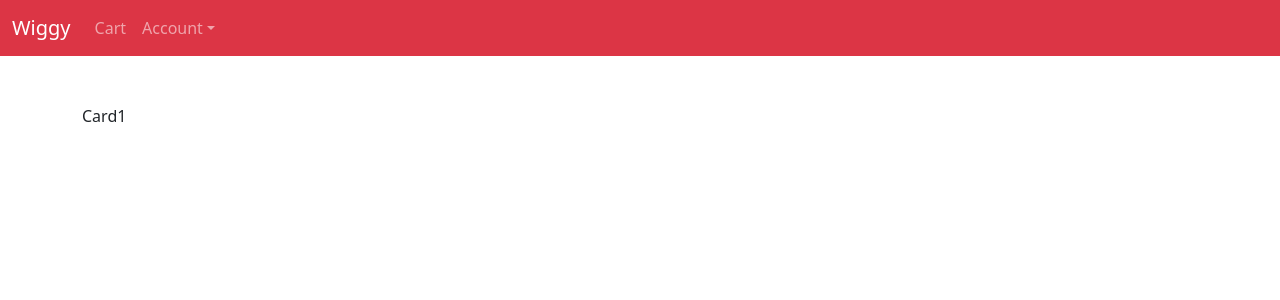
Repository: MohammadGulshan/wiggy
Page: / (app in client/)
These files come from the project's save history. The page is drawn as it stood at one moment and after the next save; the edit follows.
The browser window is 1280 px wide. The pictures show the whole page.
The project was rebuilt for these pictures with package versions that can differ from the ones it lists, and the page was loaded fresh each time. Also part of the build but not shown: client/src/App.css.

Above is the page before, as saved 2020-12-11 03:06:16.

### client/src/index.js
import React from 'react';
import ReactDOM from 'react-dom';
import App from './App';
import reportWebVitals from './reportWebVitals';

ReactDOM.render(
  <React.StrictMode>
    <App />
  </React.StrictMode>,
  document.getElementById('root')
);

// If you want to start measuring performance in your app, pass a function
// to log results (for example: reportWebVitals(console.log))
// or send to an analytics endpoint. Learn more: https://bit.ly/CRA-vitals
reportWebVitals();

### client/src/App.js
import 'bootstrap/dist/css/bootstrap.min.css';
import './App.css';

import AppNavbar from './components/AppNavbar';
import AppCards from './components/AppCards';

function App() {
  return (
    <div className="App">
      <AppNavbar />
      <AppCards />
    </div>
  );
}

export default App;

### client/src/components/AppNavbar.js
import React from "react";
import {
  Collapse,
  Navbar,
  NavbarToggler,
  NavbarBrand,
  Nav,
  NavItem,
  NavLink,
  UncontrolledDropdown,
  DropdownToggle,
  DropdownMenu,
  DropdownItem,
  NavbarText,
} from "reactstrap";

const AppNavbar = (props) => {
  let isOpen = false;
  const toggle = () => isOpen = !isOpen;
  return (
    <div>
      <Navbar color="danger" dark expand="md" className="mb-5">
        <NavbarBrand href="/">Wiggy</NavbarBrand>
        <NavbarToggler onClick={toggle} />
        <Collapse isOpen={isOpen} navbar>
          <Nav className="ml-auto" navbar>
            <NavItem>
              <NavLink href="/cart">Cart</NavLink>
            </NavItem>
            <UncontrolledDropdown nav inNavbar>
              <DropdownToggle nav caret>
                Account
              </DropdownToggle>
              <DropdownMenu right>
                <DropdownItem>
                  Profile
                </DropdownItem>
                <DropdownItem>
                  Orders
                </DropdownItem>
                <DropdownItem divider />
                <DropdownItem>
                  Logout
                </DropdownItem>
              </DropdownMenu>
            </UncontrolledDropdown>
          </Nav>
        </Collapse>
      </Navbar>
    </div>
  );
};

export default AppNavbar;

### client/src/components/AppCards.js
import React from 'react';
import { Container } from 'reactstrap';
import { CSSTransition, TransitionGroup } from 'react-transition-group';
import {v1 as uuid} from 'uuid';
import App from '../App';

const AppCards = () => {
    let state = {
        cards: [
            {id: uuid(), name: 'McDonalds'},
            {id: uuid(), name: 'KFC'},
            {id: uuid(), name: 'Domino\'s'},
            {id: uuid(), name: 'Pizza Hut'}
        ]
    }

    return (
        <div>
            <Container>
                Card1
            </Container>
        </div>
    );
}

export default AppCards;

Loaded but not shown: client/public/index.html (common file); client/src/reportWebVitals.js (common file)

After the next save:
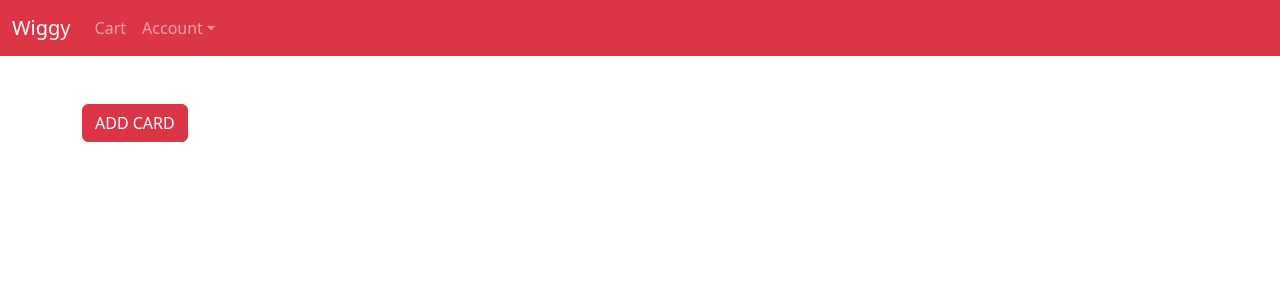
Saved 8 min 55 s later.
--- a/client/src/components/AppCards.js
+++ b/client/src/components/AppCards.js
@@ -1,5 +1,5 @@
 import React from 'react';
-import { Container } from 'reactstrap';
+import { Container, Button } from 'reactstrap';
 import { CSSTransition, TransitionGroup } from 'react-transition-group';
 import {v1 as uuid} from 'uuid';
 import App from '../App';
@@ -17,7 +17,19 @@
     return (
         <div>
             <Container>
-                Card1
+                <Button color="danger"
+                    style={{marginBottom: '2rem'}}
+                    onClick={() => {
+                        const name = prompt('Enter Restaurant Name');
+                        if (name) {
+                            this.setState(state => ({
+                                cards: [...state.cards, {id: uuid(), name}]
+                            }))
+                        }
+                    }}
+                >
+                    ADD CARD
+                </Button>
             </Container>
         </div>
     );
